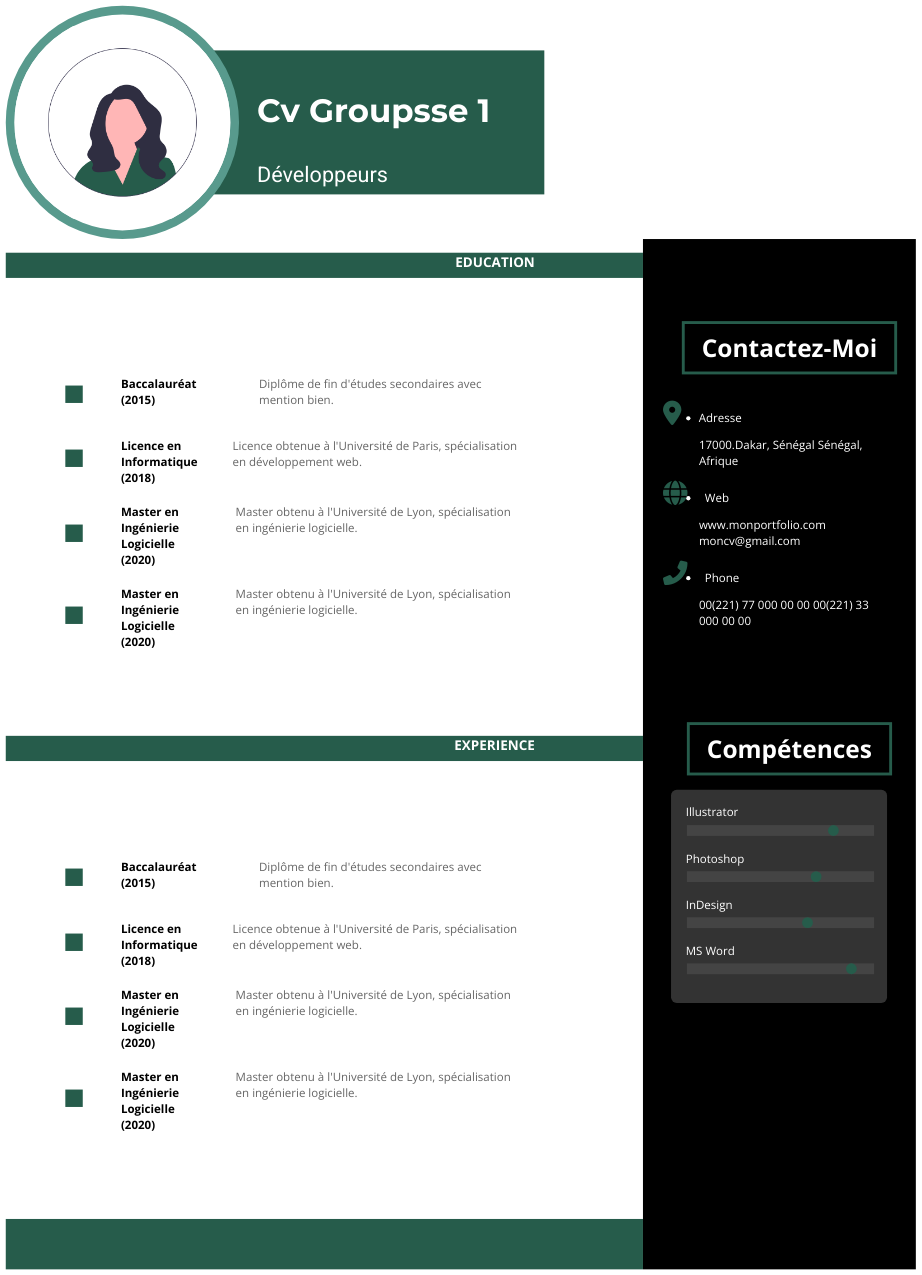
Repository: NdiongueFH/Mon_CV
Page: CV_Groupe1.html
These files come from the project's save history. The page is drawn as it stood at one moment and after the next save; the edit follows.
The browser window is 1280 px wide. The pictures show the whole page, at 72% of full size.

Above is the page before, as saved 2024-08-04 22:42:54.

### CV_Groupe1.html
<!DOCTYPE html>
<html lang="fr">
<head>
    <meta charset="UTF-8">
    <meta name="viewport" content="width=device-width, initial-scale=1.0">
    <!--Lin Font Awesome-->
    <link rel="stylesheet" href="https://cdnjs.cloudflare.com/ajax/libs/font-awesome/6.0.0-beta3/css/all.min.css">
    <!--Intégration de police d'écriture via un lien web-->
    <link href="https://fonts.googleapis.com/css2?family=Montserrat:wght@400;700&family=Open+Sans:wght@400;700&family=Roboto:wght@400;500&display=swap" rel="stylesheet">
    <!--Intégration de notre lien CSS-->
    <link rel="stylesheet" href="CV_Groupe1.css">
    <title>MON CV</title>

</head>
<body>
    <!--section principale-->
    <section id="principal">

        <!--Début Partie Ndiawar-->

        <!--la partie profile de notre cv-->
        <section id="profile">
            <!--identité-->
            <div id="identite">
                <!--image-->
                <div class="image">
                    <img id="image_profil" src="./image/profil.png" alt="" sizes="30" srcset="">
                </div>
                <!--fin image-->
                <!--debut nom-->
                <div class="nom">
                    <h1 id="name_cv">Cv Groupsse 1</h1>
                    <span id="function">Développeurs</span>
                </div>
                <!--fin nom-->
            </div>
            <!--fin identité-->
        </section>
        <!--fin de la partie profile-->

        <!--Fin Partie Ndiawar Diop-->


        <!--le debut du corp de notre cv-->
        <section  id="renseignement">
            <!--corp -->
            <div id="corps">
                <!--debut blanc-->
                <div class="blanc">


                    <!--Début Partie Anta Maguette Faye-->


                    <!--education-->
                    <div class="edu_exp">
                        <!--titre education-->
                        <div class="titre_edu_exp">
                            <h1 class="h1_titr">
                                EDUCATION
                            </h1>
                        </div>
                        <!--fin titre education-->
                        <!--parti education-->
                        <div id="info_edu">
                            <ul class="liste-diplomes">
                                <li>
                                    <div class="info">
                                        <span class="diplome">Baccalauréat</span>
                                        <span class="annee">(2015)</span>
                                    </div>
                                    <p class="description">Diplôme de fin d'études secondaires avec mention bien.</p>
                                </li>
                                <li>
                                    <div class="info">
                                        <span class="diplome">Licence en Informatique</span>
                                        <span class="annee">(2018)</span>
                                    </div>
                                    <p class="description">Licence obtenue à l'Université de Paris, spécialisation en développement web.</p>
                                </li>
                                <li>
                                    <div class="info">
                                        <span class="diplome">Master en Ingénierie Logicielle</span>
                                        <span class="annee">(2020)</span>
                                    </div>
                                    <p class="description">Master obtenu à l'Université de Lyon, spécialisation en ingénierie logicielle.</p>
                                </li>
                                <li>
                                    <div class="info">
                                        <span class="diplome">Master en Ingénierie Logicielle</span>
                                        <span class="annee">(2020)</span>
                                    </div>
                                    <p class="description">Master obtenu à l'Université de Lyon, spécialisation en ingénierie logicielle.</p>
                                </li>
                            </ul>
                        </div>
                        <!--fin parti education-->
                    </div>
                    <!--fin education-->


                    <!--Fin Partie Anta Maguette Faye-->

                    <!--Début Partie Fatoumata Hawa Ndiongue-->

                    <!--experience-->
                    <div class="edu_exp" >
                        <!--titre experience-->
                        <div class="titre_edu_exp">
                            <h1 class="h1_titr">
                                EXPERIENCE
                            </h1>
                        </div>
                        <!--fin titre experience-->
                        <!--parti experience-->
                        <div id="info_exp">
                            <ul class="liste-diplomes">
                                <li>
                                    <div class="info">
                                        <span class="diplome">Baccalauréat</span>
                                        <span class="annee">(2015)</span>
                                    </div>
                                    <p class="description">Diplôme de fin d'études secondaires avec mention bien.</p>
                                </li>
                                <li>
                                    <div class="info">
                                        <span class="diplome">Licence en Informatique</span>
                                        <span class="annee">(2018)</span>
                                    </div>
                                    <p class="description">Licence obtenue à l'Université de Paris, spécialisation en développement web.</p>
                                </li>
                                <li>
                                    <div class="info">
                                        <span class="diplome">Master en Ingénierie Logicielle</span>
                                        <span class="annee">(2020)</span>
                                    </div>
                                    <p class="description">Master obtenu à l'Université de Lyon, spécialisation en ingénierie logicielle.</p>
                                </li>
                                <li>
                                    <div class="info">
                                        <span class="diplome">Master en Ingénierie Logicielle</span>
                                        <span class="annee">(2020)</span>
                                    </div>
                                    <p class="description">Master obtenu à l'Université de Lyon, spécialisation en ingénierie logicielle.</p>
                                </li>
                            </ul>
                        </div>
                        <!--fin parti experience-->
                    </div>
                    <!--fin experience-->

                    <!--Début Footer-->
                    <div id="footer">

                    </div>
                    <!--Fin Footer-->

                    <!--Fin Partie Fatoumata Hawa Ndiongue-->

                </div>
                <!--fin blanc-->

                <!--Début Moustapha Dieng-->


                <!--debut noir-->
                <div class="noir">
                    <!--contact-->
                    <div class="contact">
                        <!--titre contact-->
                        <div class="title">
                            <h1 class="titre_contact_skill">
                                Contactez-Moi
                            </h1>
                        </div>
                        <!--fin titre contact-->
                        <!-- donnee contact-->
                        <div class="donnees_contact">
                            <ul class="list_contact">
                                <li>
                                    <p class="icon_contact">
                                        <i class="fas fa-map-marker-alt"></i> Adresse
                                    </p>
                                    <div class="contactez">
                                        <span class="detail">17000.Dakar, Sénégal</span>
                                        <span class="desc">Sénégal, Afrique</span>
                                    </div>
                                </li>
                            </ul>
                            <ul class="list_contact">
                                <li>
                                    <p class="icon_contact">
                                        <i class="fas fa-globe"></i> Web
                                    </p>
                                    <div class="contactez">
                                        <span class="detail">www.monportfolio.com</span>
                                        <span class="desc">moncv@gmail.com</span>
                                    </div>
                                </li>
                            </ul>
                            <ul class="list_contact">
                                <li>
                                    <p class="icon_contact">
                                        <i class="fas fa-phone-alt"></i> Phone
                                    </p>
                                    <div class="contactez">
                                        <span class="detail">00(221) 77 000 00 00</span>
                                        <span class="desc">00(221) 33 000 00 00</span>
                                    </div>
                                </li>
                            </ul>
                        </div>
                        <!-- End Contact Data -->
                    </div>
                        <!--fin donnee contact-->
                    <!--fin contact-->
                    <!--skill-->
                    <div class="contact">
                        <!--titre skill-->
                        <!--titre contact-->
                        <div class="title">
                            <h1 class="titre_contact_skill">
                                Compétences
                            </h1>
                        </div>
                        <!--fin titre contact-->
                        <!--fin titre skill-->
                        <!--donné skill-->
                        <div class="donnees_skill">
                            <form>
                                <div class="skill">
                                    <label for="skill1">Illustrator</label>
                                    <input type="range" id="skill1" name="skill1" min="0" max="100" value="80" step="1">
                                </div>
                                <div class="skill">
                                    <label for="skill2">Photoshop</label>
                                    <input type="range" id="skill2" name="skill2" min="0" max="100" value="70" step="1">
                                </div>
                                <div class="skill">
                                    <label for="skill3">InDesign</label>
                                    <input type="range" id="skill3" name="skill3" min="0" max="100" value="65" step="1">
                                </div>
                                <div class="skill">
                                    <label for="skill4">MS Word</label>
                                    <input type="range" id="skill4" name="skill4" min="0" max="100" value="90" step="1">
                                </div>
                            </form>
                        </div>
                        <!--fin donné skill-->
                    </div>
                    <!--fin skill-->
                    <!--resaux socio-->
                    <div id="resaux"></div>
                    <!--fin resaux socio-->
                </div>
                <!--fin noir-->

                <!--Fin Moustapha Dieng-->


            </div>
            <!--fin corp-->

        </section>
        <!--la fin du corp de notre cv-->
    </section>
    <!--Fin section principale-->

</body>
</html>

### CV_Groupe1.css
/*Le pseudo-élément `:root` en CSS permet de définir des variables globales pour un document,
représentant l'élément `<html>`. Utilisé pour centraliser la gestion des styles comme
les couleurs et les polices, il facilite la maintenance du CSS en rendant
les valeurs facilement réutilisables et modifiables dans toute la feuille de style.*/

:root {
    /* Définition des couleurs de base */
    --teal-1: #265C4B; /* Teal foncé */
    --teal-2: #146551; /* Teal moyen foncé */
    --teal-3: #007566; /* Teal vif */
    --teal-4: #589A8D; /* Teal clair */
    --teal-5: #fff; /* Blanc très clair */
    --Noir-6: #000000; /*Noir*/
    --Blanc-7: #ffffff; /*Blanc*/

    /* Utilisation des couleurs pour différents éléments */

    --color-title: var(--teal-1); /* Couleur pour les titres */
    --color-subtitle: var(--teal-3); /* Couleur pour les sous-titres */
    --color-paragraph: var(--teal-2); /* Couleur pour les paragraphes */
    --color-border: var(--teal-4); /* Couleur pour les bordures */
    --color-backgroundFoncé: var(--teal-1); /*Couleur de fond foncée*/
    --color-background: var(--teal-5); /* Couleur de fond général */
    --color-text: var(--Noir-6); /*Couleur pour le texte de fond*/
    --color-white: var(--Blanc-7); /*Couleur blanche pour les texte de fon d'une balise"*/
}

/*Intégration de nos polices d'écritures générales pour notre texte, titre et les sous-titres*/
:root {
    /* Polices */
    --font-title: 'Montserrat', sans-serif;
    --font-text: 'Open Sans', sans-serif;
    --font-subtitle: 'Roboto', sans-serif;

    /* Taille de police standard et poids */
    --font-size-normal: 16px; /* Taille de police standard pour le texte */
    --font-size-title: 28px; /* Taille de police pour les grands titres */
    --font-size-subtitle: 20px; /* Taille de police pour les sous-titres */
    --font-weight-normal: 400; /* Poids normal de la police */
    --font-weight-bold: 700; /* Poids en gras */
    /*Pour le profil la taile du nom et du sous-titre*/
    --font-size-titleProfil: 45px;
    --font-size-subtitleProfil: 30px;
}

/*Initialisation de notre body pour supprimer les marges et choix du type de police pour notre site*/
body {
    color: var(--color-text);
    background-color: var(--color-background);
    font-family: var(--font-text);
    font-size: var(--font-size-normal);
    font-weight: var(--font-weight-normal);
}

/*Partie Ndiawar Diop*/
    /*Début partie profil de Mon_CV*/

/*Div Identité*/
#identite {
    display: flex;
    align-items: center; /* Pour aligner verticalement les éléments à l'intérieur */
    background: none;
}
/*Image*/
.image {
    background-color: var(--color-background);
    border: 12px solid var(--color-border);
    width: 300px;  /* Assurez-vous que le conteneur est carré */
    height: 300px;
    border-radius: 50%;  /* Rend l'image ronde */
    overflow: hidden;  /* Cache les parties de l'image qui débordent */
    z-index: 2; /* Nous Plaçons l'image au-dessus de .nom */
    position: relative; /* Nécessaire pour appliquer z-index */
}

#image_profil {
    width: 100%;
    height: 100%;
    object-fit: contain;  /* Garantit que l'image couvre tout l'espace sans déformation */
}
/*Le nom du profil*/
.nom {
    background-color: var(--color-backgroundFoncé);
    width: 30%;
    height: 200px; /* Aligner la hauteur avec celle de l'image */
    display: flex;
    color: var(--color-white);
    flex-direction: column;
    justify-content: center;
    text-align: left;
    padding: 0 20px 0 75px;
    margin-left: -50px; /* Ajustement pour le chevauchement */
    z-index: 1; /* S'assurer que .nom se superpose à .image */
    position: relative;
}
#name_cv{
    font-family: var(--font-title);
    font-size: var(--font-size-titleProfil);
    font-weight: var(--font-weight-bold);
}
#function {
    font-family: var(--font-subtitle);
    font-size: var(--font-size-subtitleProfil);
    font-weight: var(--font-weight-normal);
}
    /*Fin Partie profil de Mon_Cv*/
/*Fin Partie Ndiawar Diop*/

/*Partie Section 2*/
#corps {
    display: flex;
}
.blanc {
    width: 70%;

}
    /*Partie Anta Maquette Faye
.titre_edu_exp {
}*/
.h1_titr {
    height: 35px;
    padding-right: 150px;
    background-color: var(--color-backgroundFoncé);
    text-align: right;
    color: var(--color-white);

}

    /*Partie Education*/
    #info_edu {
        max-width: 600px;
        margin: 120px;
    }
    #info_exp{
        max-width: 600px;
        margin: 120px;
    }
    .liste-diplomes li {
        display: flex;
        align-items: baseline;
        margin-bottom: 10px;
        position: relative; /* Position relative pour placer les puces */
    }

    .liste-diplomes li::before {
        content: "■"; /* Utiliser un carré comme puce */
        color: #265C4B; /* Teal foncé */
        font-size: 50px;
        position: absolute;
        left: -80px; /* Position de la puce */
        top: 50%;
        transform: translateY(-50%); /*Nous permet de déplacer le content */
    }

    .info {
        width: 200px; /* Largeur fixe pour le diplôme et l'année */
        font-weight: bold;
        display: flex;
        flex-direction: column;
        justify-content: left;
    }

    .diplome {
        margin-right: 10px; /* Espace entre le diplôme et l'année */
    }

    .description {
        margin-left: 15px; /* Espace entre l'info et la description */
        flex-grow: 1; /* Permet à la description de prendre le reste de l'espace */
        color: #666; /* Couleur de texte pour la description */
    }


    /*Footer*/
    #footer {
        height: 10px;
        padding: 30px;
        background-color: var(--color-backgroundFoncé);
    }

    /*Partie Noir*/
    .noir {
        width: 30%;
        background-color: var(--color-text);
        height: auto;
        color: var(--color-white);
    }
    .contact {
        display: flex;
        flex-direction: column;
        align-items: center; /* Center horizontally */
        justify-content: center; /* Center vertically (if height is set) */
        width: 80%; /* ou toute autre largeur appropriée */
        margin: 0 auto;
        padding-top: 80px;
        color: var(--color-white);
    }

    .titre_contact_skill {
        font-size: 34px;
        margin-bottom: 20px;
        text-align: center; /* Center the title text */
        border: 4px solid var(--color-backgroundFoncé);
        width: 100%; /* Ajuste selon tes besoins */
        padding: 10px;
    }

    .icon_contact i {
        margin: 0 20px 0 -50px;
        color: var(--color-backgroundFoncé); /* Assure-toi que les icônes sont blanches */
        font-size: 34px; /* Ajuste la taille si nécessaire */
    }
    .donnees_skill {
        width: 300px; /* Adjust width to fit your design */
        background: #333; /* Dark background for the form */
        padding: 20px;
        box-sizing: border-box;
        border-radius: 8px;
    }

    .form-title {
        color: #fff;
        text-align: center;
        margin-bottom: 20px;
    }

    .skill {
        margin-bottom: 15px;
    }

    .skill label {
        display: block;
        color: #fff;
        font-size: 16px;
        margin-bottom: 5px;
    }

    .skill input[type="range"] {
        -webkit-appearance: none; /* Override default appearance */
        appearance: none;
        width: 100%;
        height: 15px; /* Height of the slider */
        background: transparent;
        outline: none;
    }

    .skill input[type="range"]::-webkit-slider-runnable-track {
        height: 15px;
        background: #444; /* Lighter grey as base track */
    }

    .skill input[type="range"]::-webkit-slider-thumb {
        -webkit-appearance: none;
        appearance: none;
        width: 15px; /* Width of the thumb */
        height: 15px; /* Height of the thumb */
        background: var(--color-backgroundFoncé); /* Orange color for thumb */
        cursor: pointer;
        border-radius: 50%;
        border: none;
        position: relative;
        top: 0;
    }

    .skill input[type="range"]:focus::-webkit-slider-runnable-track {
        background: #555;
    }

    /* Mozilla specific styles */
    .skill input[type="range"]::-moz-range-track {
        width: 100%;
        height: 15px;
        background: #444;
        border: none;
    }

    .skill input[type="range"]::-moz-range-thumb {
        width: 15px;
        height: 15px;
        border: none;
        background: var(--color-backgroundFoncé);
        border-radius: 50%;
    }

    /* Fill color for the track based on the thumb position */
    .skill input[type="range"]::-moz-range-progress {
        background: var(--color-backgroundFoncé);
        height: 15px;
    }

    .skill input[type="range"]::-ms-track {
        width: 100%;
        height: 15px;
        background: transparent;
        border-color: transparent;
        color: transparent;
    }

    .skill input[type="range"]::-ms-fill-lower {
        background: var(--color-backgroundFoncé);
    }

    .skill input[type="range"]::-ms-fill-upper {
        background: #444;
    }

    .skill input[type="range"]::-ms-thumb {
        width: 15px;
        height: 15px;
        background: var(--color-backgroundFoncé);
        border-radius: 50%;
        border: none;
    }

After the next save:
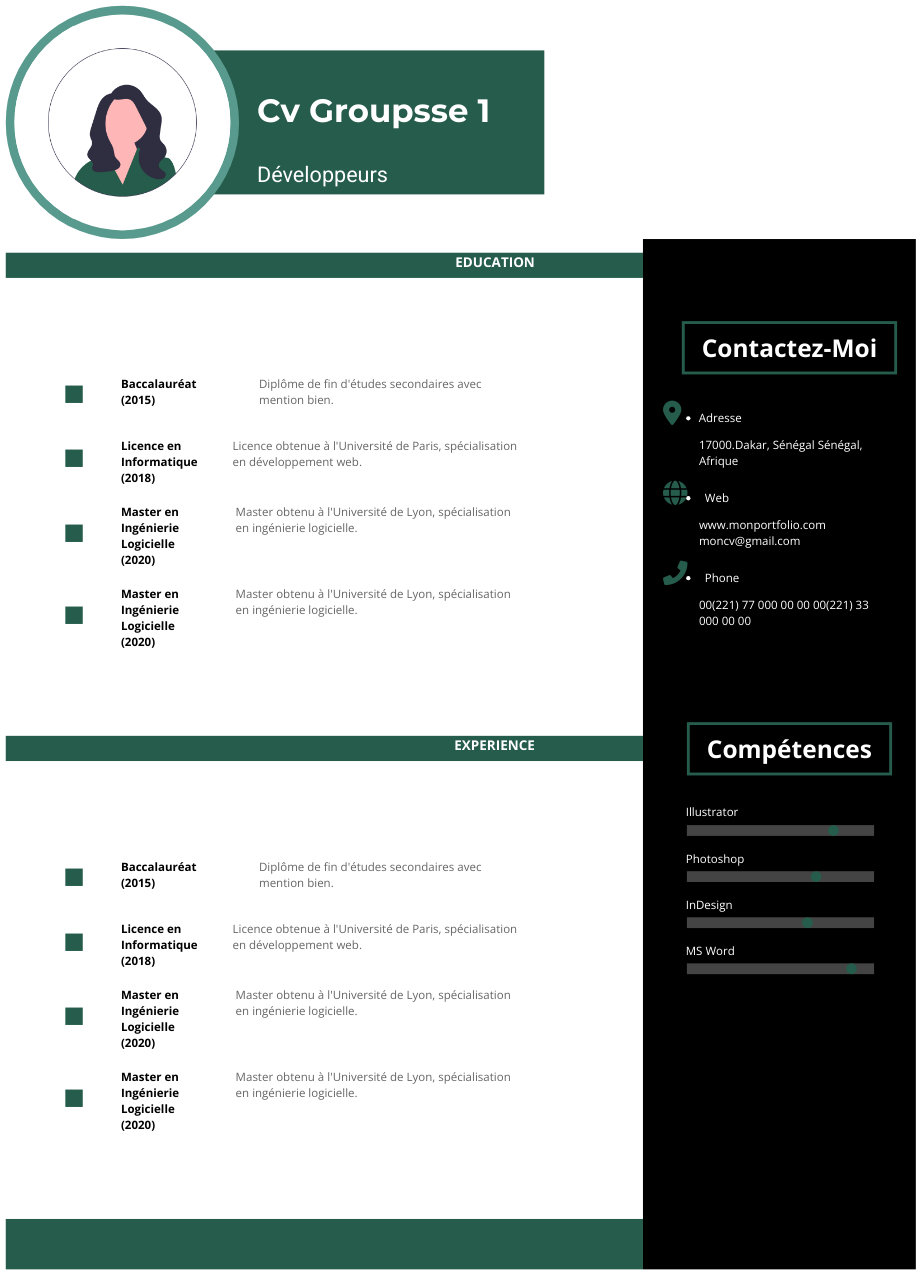
Saved 45 s later.
--- a/CV_Groupe1.css
+++ b/CV_Groupe1.css
@@ -212,10 +212,8 @@ body {
     }
     .donnees_skill {
         width: 300px; /* Adjust width to fit your design */
-        background: #333; /* Dark background for the form */
         padding: 20px;
         box-sizing: border-box;
-        border-radius: 8px;
     }
 
     .form-title {
